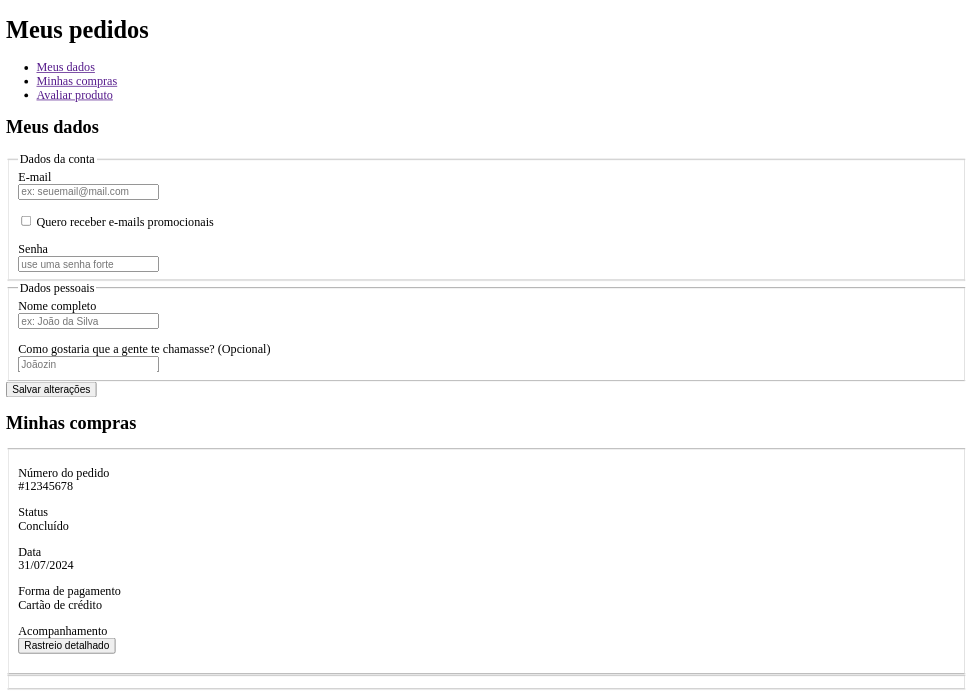
Repository: claudemir-camargo/site-compras
Page: index.html
The author's editor kept a copy of each file at every save. The page is drawn from the files as they stood at one save, then again after the next save.
The browser window is 1280 px wide. The pictures show the whole page, at 76% of full size.

Above is the page before, as saved 2024-03-03 14:36:48.

After the next save:
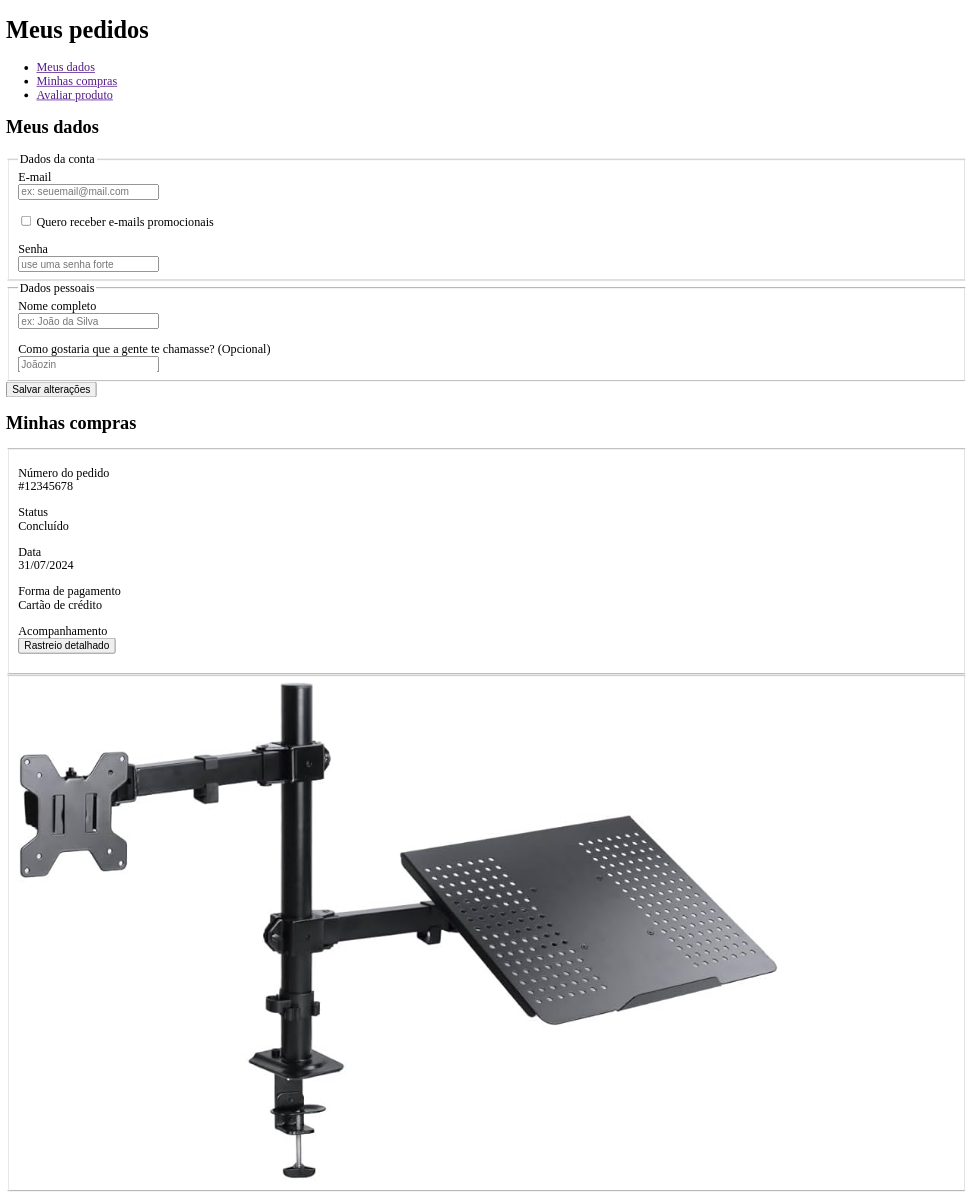
Saved 3 min 46 s later.
--- a/index.html
+++ b/index.html
@@ -51,7 +51,7 @@
     </fieldset>
     <!-- Produto -->
     <fieldset>
-
+        <img src="img/suporte.jpg" alt="Suporte">
     </fieldset>
 
 
